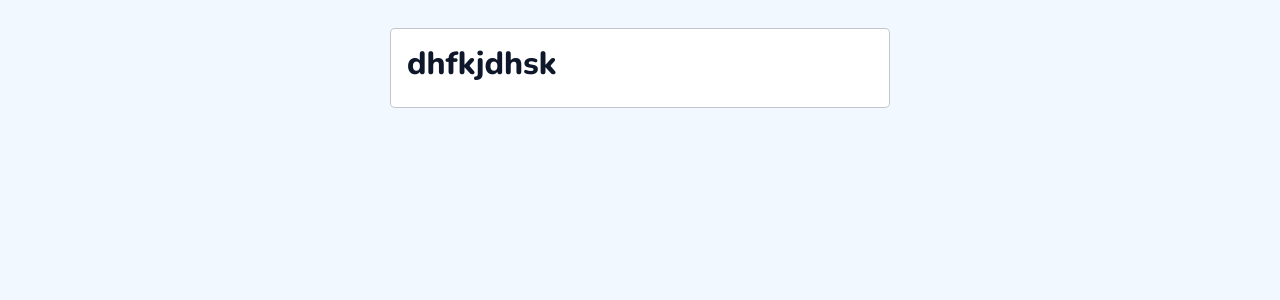
Repository: Dangtrinh28/thuymoc
Page: bookingSuccess.html
These files come from the project's save history. The page is drawn as it stood at one moment and after the next save; the edit follows.
The browser window is 1280 px wide. The pictures show the whole page.
Some web libraries are served in a nearby version.

Above is the page before, as saved 2022-11-25 03:55:10.

After the next save:
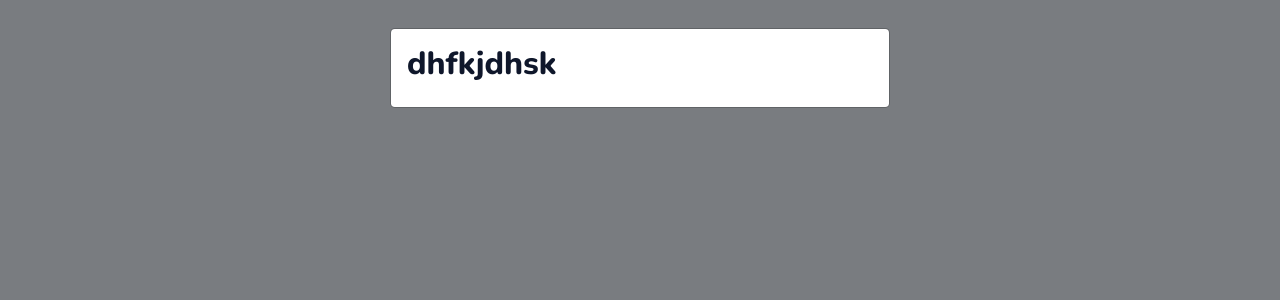
Saved 6 s later.
--- a/bookingSuccess.html
+++ b/bookingSuccess.html
@@ -36,7 +36,7 @@
 </head>
 <body>
     <div class="container" >
-        <div class="modal" style="display: block;">
+        <div class="modal" style="display: block; background-color: #797C80;">
             <div class="modal-dialog">
                 <div class="modal-content">
                     <div class="modal-body">
